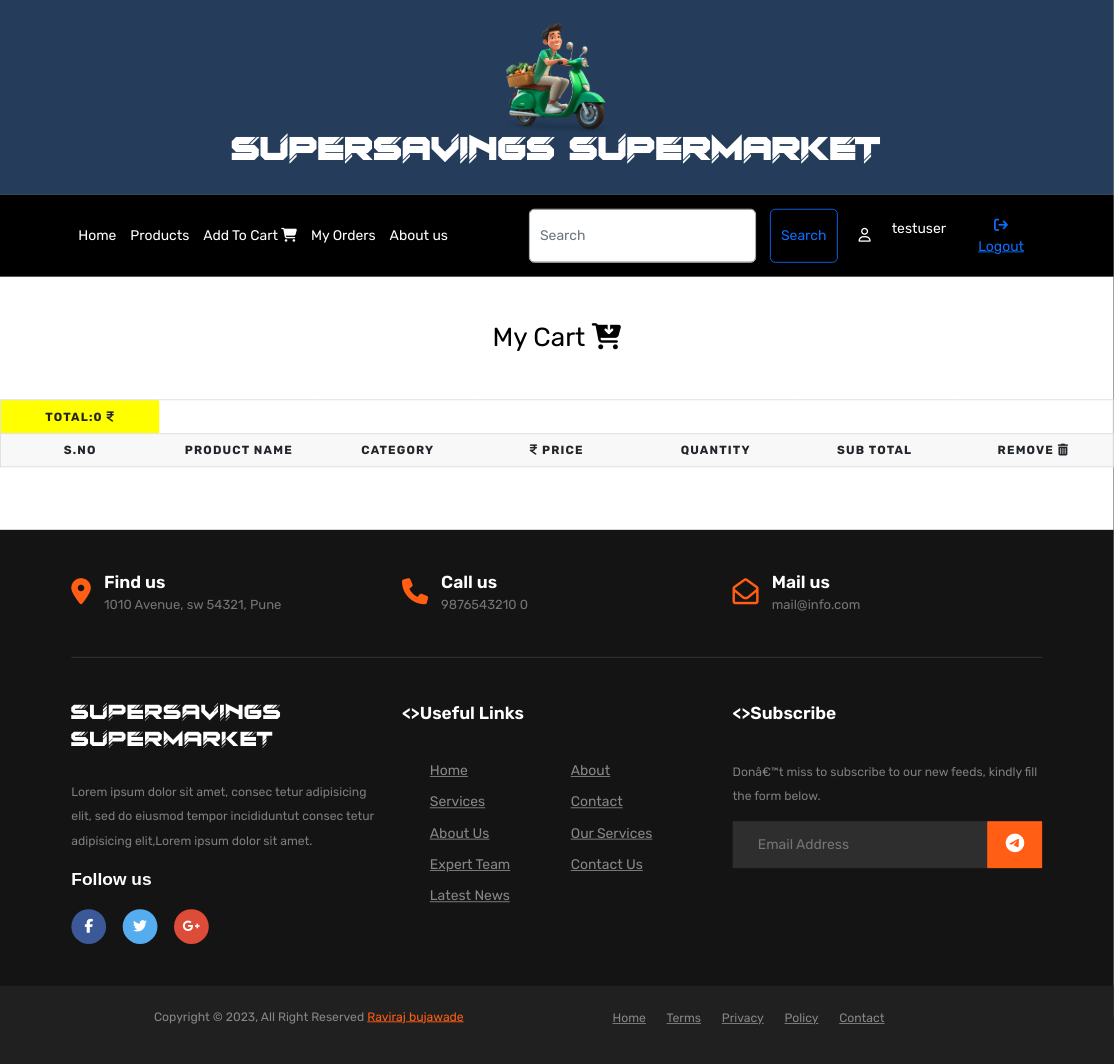
Repository: Raviraj39/SuperSaving-Online-Supermarket-Website
Page: http://localhost/Super_market/mycart.jsp
The author's editor kept a copy of each file at every save. The page is drawn from the files as they stood at one save, then again after a run of saves.
The browser window is 1280 px wide. The pictures show the whole page, at 87% of full size.
The page is served by Tomcat 9. The session is filled in as if someone had signed in: {"username": "testuser", "email": "test@example.com"}. Other server files are loaded and not shown. Queries for data that is not in the repository find no rows.

Above is the page before, as saved 2023-12-28 19:03:16.

### Super_market/src/main/webapp/mycart.jsp
<%@ page language="java" contentType="text/html; charset=ISO-8859-1"
    pageEncoding="ISO-8859-1"%>
<!DOCTYPE html>
<html>
<head>
<meta charset="ISO-8859-1">
<title>SuperSaving Supermarket</title>
<link rel="stylesheet" href="css/homestyle.css">
<link rel="stylesheet" href="https://cdnjs.cloudflare.com/ajax/libs/font-awesome/6.5.1/css/all.min.css" integrity="sha512-DTOQO9RWCH3ppGqcWaEA1BIZOC6xxalwEsw9c2QQeAIftl+Vegovlnee1c9QX4TctnWMn13TZye+giMm8e2LwA==" crossorigin="anonymous" referrerpolicy="no-referrer" />
<link href="https://cdn.jsdelivr.net/npm/bootstrap@5.2.3/dist/css/bootstrap.min.css" rel="stylesheet"
		integrity="sha384-rbsA2VBKQhggwzxH7pPCaAqO46MgnOM80zW1RWuH61DGLwZJEdK2Kadq2F9CUG65" crossorigin="anonymous">
<link rel="preconnect" href="https://fonts.googleapis.com">
<link rel="preconnect" href="https://fonts.gstatic.com" crossorigin>
<link href="https://fonts.googleapis.com/css2?family=Rubik:ital,wght@0,300;0,400;0,500;0,600;0,700;0,800;0,900;1,300;1,400;1,500;1,600;1,700;1,800;1,900&display=swap"
		rel="stylesheet">
</head>

<body>


<%@ include file="Header.jsp"  %>


<div style="color: black; text-align: center; font-size: 30px;" class="mt-5 mb-5">My Cart <i class='fas fa-cart-arrow-down'></i>


<%
		String msg=request.getParameter("msg");
if("notpossible".equals(msg))
{
%>
<p class="alert">There is only one Quantity! So click on remove!</p>
<%} %>


<%
if("inc".equals(msg))
{
%>
<p class="alert">Quantity  Increased Successfully!</p>
<%} %>
<%
if("dec".equals(msg))
{
%>
<p class="alert">Quantity  Decreased Successfully!</p>
<%} %>
<%
if("removed".equals(msg))
{
%>
<p class="alert">Product Successfully Removed!</p>
<%} %>
</div>
<div></div>
<table >
<thead>


  <%

      	int total=0;
      	int sno=0;

		try {
			Class.forName("com.mysql.cj.jdbc.Driver");

			Connection conn = DriverManager.getConnection("jdbc:mysql://localhost:3306/super_marketone","root","root");
			Statement stat = conn.createStatement();
			String email=session.getAttribute("email").toString();
			ResultSet rs=stat.executeQuery("select sum(total) from cart where email='"+email+"' ");
			while(rs.next()) {
				total=rs.getInt(1);
	%>

          <tr>
            <th scope="col" style="background-color: yellow;">Total:<%out.println(total); %> <i class="fa fa-inr"></i> </th>
          <%if(total>0){ %>

            <th scope="col"><a href="addpayment.jsp">Proceed to order</a></th><%} %>
          </tr>
        </thead>
        <thead>
          <tr>
          <th scope="col">S.No</th>
            <th scope="col">Product Name</th>
            <th scope="col">Category</th>
            <th scope="col"><i class="fa fa-inr"></i> price</th>
            <th scope="col">Quantity</th>
            <th scope="col">Sub Total</th>
            <th scope="col">Remove <i class='fas fa-trash-alt'></i></th>
          </tr>
        </thead>
        <tbody>

    <%
	ResultSet rs1=stat.executeQuery("select * from addproductadmin inner join cart on addproductadmin.p_id = cart.productid and cart.email='"+email+"' and cart.address is NULL" );
    while(rs1.next()) {


    %>
          <tr>
			<%sno =sno+1; %>
           <td><% out.println(sno); %></td>
            <td><%= rs1.getString(2) %></td>
            <td><%= rs1.getString(3) %></td>
            <td><i class="fa fa-inr"></i><%= rs1.getString(4) %> </td>
            <td><a href="incrdecre.jsp?id=<%= rs1.getString(1) %>&quantity=inc"><i class='fas fa-plus-circle'></i></a><%= rs1.getString(8) %>  <a href="incrdecre.jsp?id=<%= rs1.getString(1) %>&quantity=dec"><i class='fas fa-minus-circle'></i></a></td>
            <td><i class="fa fa-inr"></i><%= rs1.getString(10) %> </td>
            <td><a href="removeproduct.jsp?id=<%= rs1.getString(1) %>">Remove <i class='fas fa-trash-alt'></i></a></td>
          </tr>
          	<%
    }	}
        }catch(Exception e) {
			e.printStackTrace();
		}


          %>




        </tbody>
      </table>
      <br>
      <br>
      <br>

 <%@ include file="Footer.jsp" %>
</body>
</html>

### Super_market/src/main/webapp/Header.jsp
<%@ page language="java" contentType="text/html; charset=ISO-8859-1"
    pageEncoding="ISO-8859-1"%>
    <%@page import ="java.sql.*"%>
    <%@page import ="java.io.IOException" %>
    <%@ page import ="java.io.PrintWriter"%>
    <%@ page import ="javax.servlet.*" %>
    <%

    %>
<!DOCTYPE html>
<html>
<head>
<meta charset="ISO-8859-1">
<title>SuperSaving Supermarket</title>
<link rel="stylesheet" href="css/home.css">
<link rel="stylesheet" href="https://cdnjs.cloudflare.com/ajax/libs/font-awesome/6.5.1/css/all.min.css" integrity="sha512-DTOQO9RWCH3ppGqcWaEA1BIZOC6xxalwEsw9c2QQeAIftl+Vegovlnee1c9QX4TctnWMn13TZye+giMm8e2LwA==" crossorigin="anonymous" referrerpolicy="no-referrer" />
<link href="https://cdn.jsdelivr.net/npm/bootstrap@5.2.3/dist/css/bootstrap.min.css" rel="stylesheet"
		integrity="sha384-rbsA2VBKQhggwzxH7pPCaAqO46MgnOM80zW1RWuH61DGLwZJEdK2Kadq2F9CUG65" crossorigin="anonymous">

<link rel="preconnect" href="https://fonts.googleapis.com">
<link rel="preconnect" href="https://fonts.gstatic.com" crossorigin>
<link href="https://fonts.googleapis.com/css2?family=Rubik:ital,wght@0,300;0,400;0,500;0,600;0,700;0,800;0,900;1,300;1,400;1,500;1,600;1,700;1,800;1,900&display=swap"
		rel="stylesheet">
</head>
<body>
<div class="container-fluid main_top_nav ">
		<div class="text-center py-4  text-white ">

			<img src="./images/illustrations/BikeDilvery.webp" alt="" class="" height="130px">
			<h3 class="top-nav">SuperSavings Supermarket</h3>
		</div>
	</div>
	<nav class="navbar navbar-expand-lg bg-black text-white  py-3">
		<div class="container text-white">
			<button class="navbar-toggler" type="button" data-bs-toggle="collapse"
				data-bs-target="#navbarSupportedContent" aria-controls="navbarSupportedContent" aria-expanded="false"
				aria-label="Toggle navigation">
				<span class="navbar-toggler-icon"></span>
			</button>
			<div class="collapse navbar-collapse " id="navbarSupportedContent" >
				<ul class="navbar-nav me-auto mb-2 mb-lg-0  ">
					<li class="nav-item">
						<a class="nav-link active text-white" href="./Home.jsp">Home</a>
					</li>
					<li class="nav-item">
						<a class="nav-link text-white" href="./products.jsp">Products</a>
					</li>
					<li class="nav-item">
						<a class="nav-link text-white" href="./mycart.jsp">Add To Cart <i class="fa fa-shopping-cart"></i></a>
					</li>
					<li class="nav-item">
						<a class="nav-link text-white" href="./myorders.jsp">My Orders</a>
					</li>
					<li class="nav-item">
						<a class="nav-link text-white" href="#">About us</a>
					</li>
				</ul>
				<form class="d-flex text-center justify-content-between   " role="search" >
					<input class="form-control me-2" type="search" placeholder="Search" aria-label="Search">
					<button class="btn btn-outline-primary mx-2" type="submit">Search</button>
					<div class="d-flex align-items-center justify-content-between mx-3">
						<div class="">
						<i class="fa-regular fa-user "></i></div>
					<p class="ms-4 "><%= session.getAttribute("username") %></p>
					</div>
					<button class="btn mx-2"> <a href="logout"><i class="fa-solid fa-arrow-right-from-bracket"></i>Logout</a></button>

				</form>
			</div>
		</div>
</nav>

</body>
</html>

### Super_market/src/main/webapp/Footer.jsp
<%@ page language="java" contentType="text/html; charset=ISO-8859-1"
    pageEncoding="ISO-8859-1"%>
<!DOCTYPE html>
<html>
<head>
<meta charset="ISO-8859-1">
<title>SuperSaving Supermarket</title>
<link rel="stylesheet" href="css/home.css">
<link rel="stylesheet" href="https://cdnjs.cloudflare.com/ajax/libs/font-awesome/6.5.1/css/all.min.css" integrity="sha512-DTOQO9RWCH3ppGqcWaEA1BIZOC6xxalwEsw9c2QQeAIftl+Vegovlnee1c9QX4TctnWMn13TZye+giMm8e2LwA==" crossorigin="anonymous" referrerpolicy="no-referrer" />
<link href="https://cdn.jsdelivr.net/npm/bootstrap@5.2.3/dist/css/bootstrap.min.css" rel="stylesheet"
		integrity="sha384-rbsA2VBKQhggwzxH7pPCaAqO46MgnOM80zW1RWuH61DGLwZJEdK2Kadq2F9CUG65" crossorigin="anonymous">

<link rel="preconnect" href="https://fonts.googleapis.com">
<link rel="preconnect" href="https://fonts.gstatic.com" crossorigin>
<link href="https://fonts.googleapis.com/css2?family=Rubik:ital,wght@0,300;0,400;0,500;0,600;0,700;0,800;0,900;1,300;1,400;1,500;1,600;1,700;1,800;1,900&display=swap"
		rel="stylesheet">
</head>
<body>

<footer class="footer-section">
		<div class="container">
			<div class="footer-cta pt-5 pb-5">
				<div class="row">
					<div class="col-xl-4 col-md-4 mb-30">
						<div class="single-cta">
							<i class="fas fa-map-marker-alt"></i>
							<div class="cta-text">
								<h4>Find us</h4>
								<span>1010 Avenue, sw 54321, Pune</span>
							</div>
						</div>
					</div>
					<div class="col-xl-4 col-md-4 mb-30">
						<div class="single-cta">
							<i class="fas fa-phone"></i>
							<div class="cta-text">
								<h4>Call us</h4>
								<span>9876543210 0</span>
							</div>
						</div>
					</div>
					<div class="col-xl-4 col-md-4 mb-30">
						<div class="single-cta">
							<i class="far fa-envelope-open"></i>
							<div class="cta-text">
								<h4>Mail us</h4>
								<span>mail@info.com</span>
							</div>
						</div>
					</div>
				</div>
			</div>
			<div class="footer-content pt-5 pb-5">
				<div class="row">
					<div class="col-xl-4 col-lg-4 mb-50">
						<div class="footer-widget">
							<div class="footer-logo">
								<a href="">SuperSavings Supermarket</a>
							</div>
							<div class="footer-text">
								<p>Lorem ipsum dolor sit amet, consec tetur adipisicing elit, sed do eiusmod tempor
									incididuntut consec tetur adipisicing
									elit,Lorem ipsum dolor sit amet.</p>
							</div>
							<div class="footer-social-icon">
								<span>Follow us</span>
								<a href="#"><i class="fab fa-facebook-f facebook-bg"></i></a>
								<a href="#"><i class="fab fa-twitter twitter-bg"></i></a>
								<a href="#"><i class="fab fa-google-plus-g google-bg"></i></a>
							</div>
						</div>
					</div>
					<div class="col-xl-4 col-lg-4 col-md-6 mb-30">
						<div class="footer-widget">
							<div class="footer-widget-heading">
								<>Useful Links</>
							</div>
							<ul>
								<li><a href="Home.jsp">Home</a></li>
								<li><a href="#">about</a></li>
								<li><a href="#">services</a></li>
								<li><a href="#">Contact</a></li>
								<li><a href="#">About us</a></li>
								<li><a href="#">Our Services</a></li>
								<li><a href="#">Expert Team</a></li>
								<li><a href="#">Contact us</a></li>
								<li><a href="#">Latest News</a></li>
							</ul>
						</div>
					</div>
					<div class="col-xl-4 col-lg-4 col-md-6 mb-50">
						<div class="footer-widget">
							<div class="footer-widget-heading">
								<>Subscribe</>
							</div>
							<div class="footer-text mb-25">
								<p>Don’t miss to subscribe to our new feeds, kindly fill the form below.</p>
							</div>
							<div class="subscribe-form">
								<form action="#">
									<input type="text" placeholder="Email Address">
									<button><i class="fab fa-telegram-plane"></i></button>
								</form>
							</div>
						</div>
					</div>
				</div>
			</div>
		</div>
		<div class="copyright-area">
			<div class="container">
				<div class="row">
					<div class="col-xl-6 col-lg-6 text-center text-lg-left">
						<div class="copyright-text">
							<p>Copyright &copy; 2023, All Right Reserved <a href="">Raviraj bujawade</a></p>
						</div>
					</div>
					<div class="col-xl-6 col-lg-6 d-none d-lg-block text-right">
						<div class="footer-menu">
							<ul>
								<li><a href="#">Home</a></li>
								<li><a href="#">Terms</a></li>
								<li><a href="#">Privacy</a></li>
								<li><a href="#">Policy</a></li>
								<li><a href="#">Contact</a></li>
							</ul>
						</div>
					</div>
				</div>
			</div>
		</div>
	</footer>

</body>
</html>

### Super_market/src/main/webapp/css/homestyle.css
    body {
  font-family: "Open Sans", sans-serif;
  line-height: 1.25;
  background-color: #6C63AC;
}
a
{
	text-decoration: none;
}
.sticky {
  position: -webkit-sticky;
  position: sticky;
  top: 0;
}

@font-face {
	font-family: fonts;
	src: url(../fonts/moto-verse.otf);
}
.top-nav >div{
	font-family: fonts;
	font-weight: 900;
	font-size: 4em;
}
.navtop{
	background-color: #6C63AC;
}
.carousel-img{
	height: 75vh;
}
table {
  border: 1px solid #ccc;
  border-collapse: collapse;
  margin: 0;
  padding: 0;
  width: 100%;
  /*margin-left: 5%;*/
  table-layout: fixed;
}

table caption {
  font-size: 1.5em;
  margin: .5em 0 .75em;
}

table tr {
  background-color: #f8f8f8;
  border: 1px solid #ddd;
  padding: .35em;
}

table th,
table td {
  padding: .625em;
  text-align: center;
}

table th {
  font-size: .85em;
  letter-spacing: .1em;
  text-transform: uppercase;
}

@media screen and (max-width: 600px) {
  table {
    border: 0;
  }

  table caption {
    font-size: 1.3em;
  }

  table thead {
    border: none;
    clip: rect(0 0 0 0);
    height: 1px;
    margin: -1px;
    overflow: hidden;
    padding: 0;
    position: absolute;
    width: 1px;
  }

  table tr {
    border-bottom: 3px solid #ddd;
    display: block;
    margin-bottom: .625em;
  }

  table td {
    border-bottom: 1px solid #ddd;
    display: block;
    font-size: .8em;
    text-align: right;
  }

  table td::before {
    /*
    * aria-label has no advantage, it won't be read inside a table
    content: attr(aria-label);
    */
    content: attr(data-label);
    float: left;
    font-weight: bold;
    text-transform: uppercase;
  }

  table td:last-child {
    border-bottom: 0;
  }
}

/*Header Css*/
* {box-sizing: border-box;}

    body {
      margin: 0;
      font-family: Arial, Helvetica, sans-serif;
    }

    .topnav {
      overflow: hidden;
      background-color: #e9e9e9;
    }

    .topnav a {
      float: left;
      display: block;
      color: black;
      text-align: center;
      padding: 14px 16px;
      text-decoration: none;
      font-size: 17px;
    }

    .topnav a:hover {
      background-color: #ddd;
      color: black;
    }

    .topnav a.active {
      background-color: #2196F3;
      color: white;
    }

    .topnav .search-container {
      float: right;
    }

    .topnav input[type=text] {
      padding: 6px;
      margin-top: 8px;
      font-size: 17px;
      border: none;
    }

    .topnav .search-container button {
      float: right;
      padding: 6px 10px;
      margin-top: 8px;
      margin-right: 16px;
      background: #ddd;
      font-size: 17px;
      border: none;
      cursor: pointer;
    }

    .topnav .search-container button:hover {
      background: #ccc;
    }

    @media screen and (max-width: 600px) {
      .topnav .search-container {
        float: none;
      }
      .topnav a, .topnav input[type=text], .topnav .search-container button {
        float: none;
        display: block;
        text-align: left;
        width: 100%;
        margin: 0;
        padding: 14px;
      }
      .topnav input[type=text] {
        border: 1px solid #ccc;
      }

    }





.input-style {
  width: 90%;
  padding: 12px 20px;
  margin-left:5%;
  box-sizing: border-box;
  border: none;
  background-color:white;
  color: black;
  font-size: 16px;
}

input[type=text]:focus, textarea:focus,button:focus{
  outline: 4px solid orange;
  background-color:rgb(224, 255, 219);     /* oranges! yey */
}

.button {
  background-color: aqua;
  border: none;
  color: black;
  padding: 12px 20px;
  text-align: center;
  text-decoration: none;
  display: inline-block;
  font-size: 14px;
  margin: 4px 2px;
  transition-duration: 0.4s;
  cursor: pointer;
  margin-left:5%;
  font-size: 16px;
  width: 90%;
   border-radius: 25px;
}

.button:hover {
  background-color: #555555;
  color: white;
}


.alert
{
	color:yellow;
}

.profile-style
{
	border-style: dotted;

}

.left-div
{
	width: 50%;
	display:inline-block;
}

.right-div
{
	float:right;
	width: 50%;
	display:inline-block;
}
/*footer*/
.footer {
   position: fixed;
   left: 0;
   bottom: 0;
   width: 100%;
   background-color:#ccc;
   color:black;
   text-align: center;
}

.h2222 {
  width: 100%;
  padding: 12px 20px;
  margin: 8px 0;
  box-sizing: border-box;
  border: none;
  background-color: #3CBC8D;
  color: white;
}

### Super_market/src/main/webapp/css/home.css
@font-face {
	font-family: fonts;
	src: url(../fonts/moto-verse.otf);
}
@font-face {
  font-family: fonts-peacher;
  src: url(../fonts/Peacher.ttf);
}

:root{
  --fonts-rubic: 'Rubik', sans-serif;
}
*{
  font-family: var(--fonts-rubic);
}


.top-nav{
	font-family: fonts;
	font-weight: 900;
	font-size: 2em;
}
.main_top_nav{
	background-color: #253D5B;
}

.carousel-img{
	height: 80vh;
}

/*  */
.carousel-caption{
 top: 20%;
}
.carousel-caption h2{
  font-size: 3em;
    font-weight: 800;
    letter-spacing: 0px;
    text-transform: uppercase;
    text-shadow: 3px 8px 2px rgb(12, 12, 12);
    background: rgba(0, 0, 0, 0.34);
    padding: 50px 10%;
}

.carousel-caption h2 >span{
  color:#FF5722;
}
.carousel-caption p{
  font-size: 2em;
  font-weight: 700;
  /* color: #999; */
}
.carousel-caption p >span{
  color: red;
  font-size: 2.5em;
}

/* Our Top Products */
.product-card {
    width: 380px;
    position: relative;
    box-shadow: 0 2px 7px #dfdfdf;
    margin: 50px auto;
    background: #fafafa;
}

.badge {
    position: absolute;
    left: 0;
    top: 20px;
    text-transform: uppercase;
    font-size: 13px;
    font-weight: 700;
    background: red;
    color: #fff;
    padding: 3px 10px;
}

.product-tumb {
    display: flex;
    align-items: center;
    justify-content: center;
    height: 300px;
    padding: 50px;
    background: #f0f0f0;
}

.product-tumb img {
    max-width: 100%;
    max-height: 100%;
}

.product-details {
    padding: 30px;
}

.product-catagory {
    display: block;
    font-size: 12px;
    font-weight: 700;
    text-transform: uppercase;
    color: #ccc;
    margin-bottom: 18px;
}

.product-details h4 a {
    font-weight: 500;
    display: block;
    margin-bottom: 18px;
    text-transform: uppercase;
    color: #363636;
    text-decoration: none;
    transition: 0.3s;
}

.product-details h4 a:hover {
    color: #fbb72c;
}

.product-details p {
    font-size: 15px;
    line-height: 22px;
    margin-bottom: 18px;
    color: #999;
}

.product-bottom-details {
    overflow: hidden;
    border-top: 1px solid #eee;
    padding-top: 20px;
}

.product-bottom-details div {
    float: left;
    width: 50%;
}

.product-price {
    font-size: 18px;
    color: #fbb72c;
    font-weight: 600;
}

.product-price small {
    font-size: 80%;
    font-weight: 400;
    text-decoration: line-through;
    display: inline-block;
    margin-right: 5px;
}

.product-links {
    text-align: right;
}

.product-links a {
    display: inline-block;
    margin-left: 5px;
    color: #e1e1e1;
    transition: 0.3s;
    font-size: 17px;
}

.product-links a:hover {
    color: #fbb72c;
}

.addcart{
  font-size: 13px;
    color: #fff;
    background: #1accfd;
    text-decoration: none;
    position: relative;
    border: none;
    border-radius: 0;
    /* width: 100%; */
    text-transform: uppercase;
    padding: 13px;
    outline: none;
    letter-spacing: 1px;
    font-weight: 600;
    margin-top: 20px;
}



/* offer-section */
.count-div h2{
  font-family: fonts;
}






/* paymentcart-section */
.paymentcart-section{
	background-image: url(../images/background/background137.jpg);
	background-position: center;
	background-repeat: no-repeat;
	height: 60vh;
}

.paymentcart-section div{
	opacity: 0.8;
	background-color: rgb(188, 194, 216);;
	padding: 40px 0px;
	}
.ul-list{
	text-align: center;
	display: flex;
	flex-direction: row;
	flex-wrap: nowrap;
	align-items: center;
	justify-content: center;
}
.ul-list li img{
	max-width: 6em;
	padding-bottom: 10px;
}
.ul-list li{
	margin: 0px 30px;
}


/* footer */
ul {
    margin: 0px;
    padding: 0px;
}
.footer-section {
  background: #151414;
  position: relative;
}
.footer-cta {
  border-bottom: 1px solid #373636;
}
.single-cta i {
  color: #ff5e14;
  font-size: 30px;
  float: left;
  margin-top: 8px;
}
.cta-text {
  padding-left: 15px;
  display: inline-block;
}
.cta-text h4 {
  color: #fff;
  font-size: 20px;
  font-weight: 600;
  margin-bottom: 2px;
}
.cta-text span {
  color: #757575;
  font-size: 15px;
}
.footer-content {
  position: relative;
  z-index: 2;
}
.footer-pattern img {
  position: absolute;
  top: 0;
  left: 0;
  height: 330px;
  background-size: cover;
  background-position: 100% 100%;
}
.footer-logo {
  margin-bottom: 30px;
}
.footer-logo img {
    max-width: 200px;
}
.footer-text p {
  margin-bottom: 14px;
  font-size: 14px;
      color: #7e7e7e;
  line-height: 28px;
}
.footer-social-icon span {
  color: #fff;
  display: block;
  font-size: 20px;
  font-weight: 700;
  font-family: 'Poppins', sans-serif;
  margin-bottom: 20px;
}
.footer-social-icon a {
  color: #fff;
  font-size: 16px;
  margin-right: 15px;
}
.footer-social-icon i {
  height: 40px;
  width: 40px;
  text-align: center;
  line-height: 38px;
  border-radius: 50%;
}
.facebook-bg{
  background: #3B5998;
}
.twitter-bg{
  background: #55ACEE;
}
.google-bg{
  background: #DD4B39;
}
.footer-widget-heading  {
  color: #fff;
  font-size: 20px;
  font-weight: 600;
  margin-bottom: 40px;
  position: relative;
}
.footer-widget-heading ::before {
  content: "";
  position: absolute;
  left: 0;
  bottom: -15px;
  height: 2px;
  width: 50px;
  background: #ff5e14;
}
.footer-widget ul li {
  display: inline-block;
  float: left;
  width: 50%;
  margin-bottom: 12px;
}
.footer-widget ul li a:hover{
  color: #ff5e14;
}
.footer-widget ul li a {
  color: #878787;
  text-transform: capitalize;
}
.subscribe-form {
  position: relative;
  overflow: hidden;
}
.subscribe-form input {
  width: 100%;
  padding: 14px 28px;
  background: #2E2E2E;
  border: 1px solid #2E2E2E;
  color: #fff;
}
.subscribe-form button {
    position: absolute;
    right: 0;
    background: #ff5e14;
    padding: 13px 20px;
    border: 1px solid #ff5e14;
    top: 0;
}
.subscribe-form button i {
  color: #fff;
  font-size: 22px;
  transform: rotate(-6deg);
}
.copyright-area{
  background: #202020;
  padding: 25px 0;
}
.copyright-text p {
  margin: 0;
  font-size: 14px;
  color: #878787;
}
.copyright-text p a{
  color: #ff5e14;
}
.footer-menu li {
  display: inline-block;
  margin-left: 20px;
}
.footer-menu li:hover a{
  color: #ff5e14;
}
.footer-menu li a {
  font-size: 14px;
  color: #878787;
}
.footer-logo a{
	text-decoration: none;
	color: #fff;
	font-size: 1.3em;
	font-family: fonts;
}
.footer-logo a:hover{
	color: #fff;
}

After the next 2 saves:
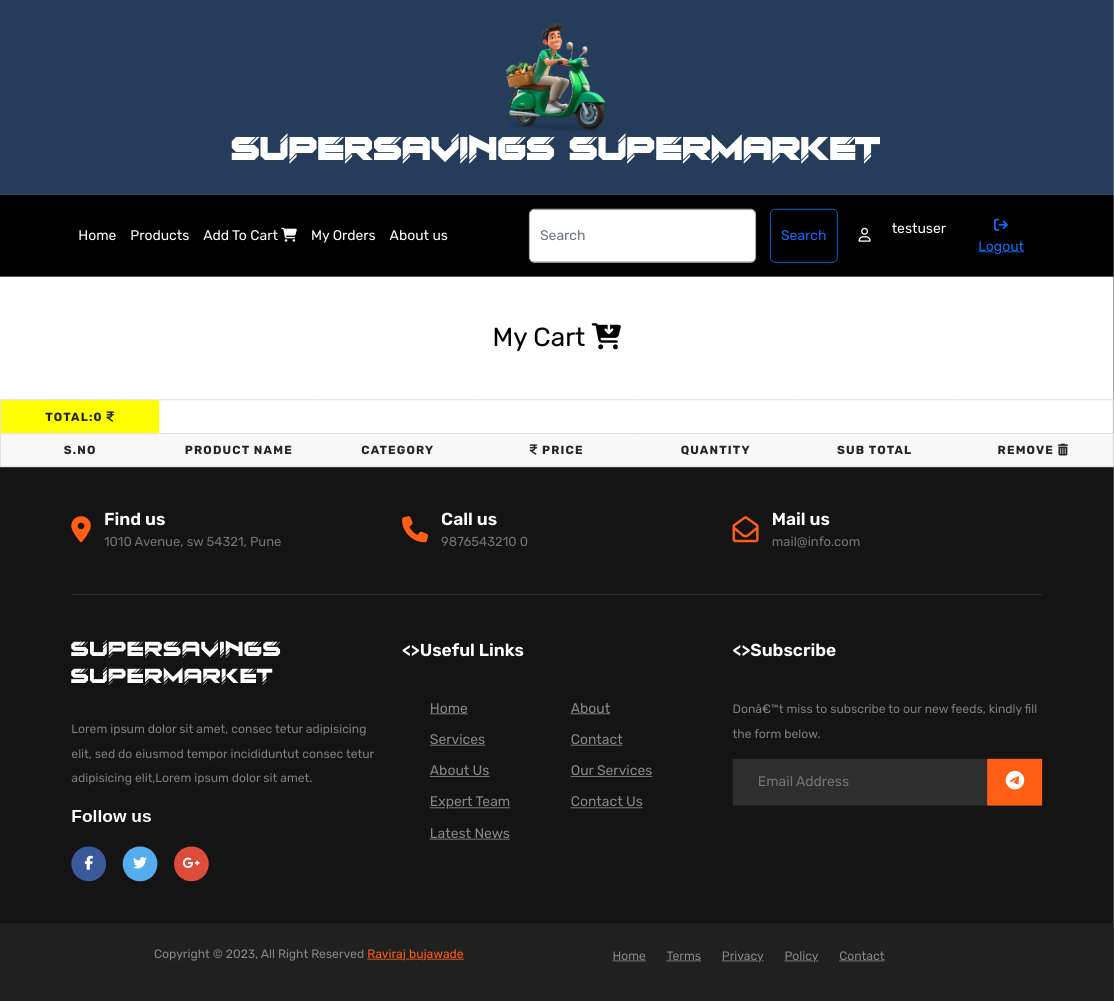
The 2 saves are shown as one change because they came seconds apart.
The last was saved 15 s later.
--- a/Super_market/src/main/webapp/mycart.jsp
+++ b/Super_market/src/main/webapp/mycart.jsp
@@ -52,7 +52,7 @@ if("removed".equals(msg))
 <p class="alert">Product Successfully Removed!</p>
 <%} %>
 </div>
-<div></div>
+<div>
 <table >
 <thead>
 
@@ -123,9 +123,8 @@ if("removed".equals(msg))
 
         </tbody>
       </table>
-      <br>
-      <br>
-      <br>
+      </div>
+
 
  <%@ include file="Footer.jsp" %>
 </body>
